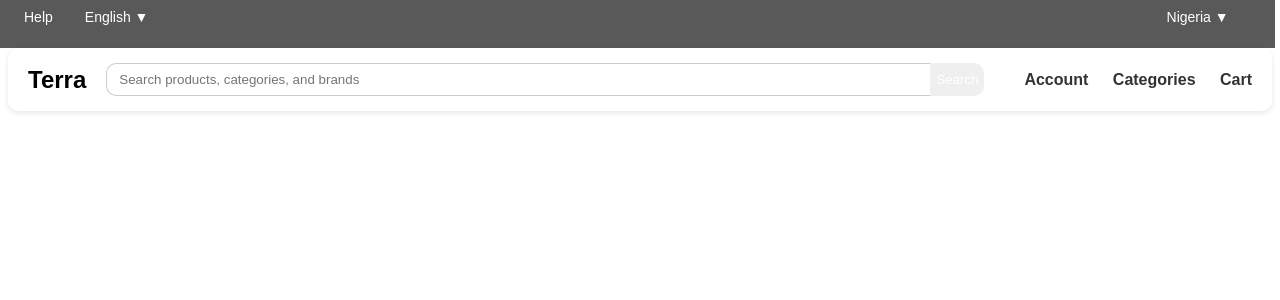
Repository: Femi007-gh/e-commerce
Page: index.html
An editor plug-in stored every save of this project. The page is shown before and after the next save, followed by the edit.
The browser window is 1280 px wide. The pictures show the whole page.

Above is the page before, as saved 2025-04-28 19:25:03.

### index.html
<html>
    <head>
      <title>Shopping Cart Page</title>
      <link rel="stylesheet" href="style.css">
    </head>
  <body>
    <header>
    <div class="div1">
<div class="top-bar">
  <div class="left">
    <div class="dropdown">
      <button class="dropbtn">Help</button>
    </div>
    <div class="dropdown">
      <button class="dropbtn">English ▼</button>
      <div class="dropdown-content">
        <a href="#">English</a>
        <a href="#">Japanese</a>
        <a href="#">Korean</a>
      </div>
    </div>
  </div>
  <div class="right">
    <div class="dropdown">
      <button class="dropbtn">Nigeria ▼</button>
      <div class="dropdown-content">
        <a href="#">Nigeria</a>
        <a href="#">USA</a>
        <a href="#">China</a>
        </div>
      </div>
     </div>
   </div>
  </div>


<nav class="nav-bar">
  <div class="logo">Terra</div>
  <div class="search-bar">
    <input type="text" placeholder="Search products, categories, and brands">
    <button>Search</button>
  </div>
  <div class="nav-icons">
    <a href="#">Account</a>
    <a href="#">Categories</a>
    <a href="#">Cart</a>
  </div>
</nav>
  </body>
</html>

### style.css
body{
  font-family: Arial;
}
.div1{
  background-color: #595959;
  width: 101%;
  height: 50px;
  margin-left: -10px;
  margin-top: -10px;
}
.top-bar {
  background-color:  #595959;
  color: white;
  padding: 10px 20px;
  display: flex;
  justify-content: space-between;
  font-size: 14px;
}

.top-bar .left, .top-bar .right {
  display: flex;
  align-items: center;
}

.dropdown {
  position: relative;
  margin-right: 20px;
}

.dropbtn {
  background: none;
  border: none;
  color: white;
  cursor: pointer;
  font-size: 14px;
}

.dropdown-content {
  display: none;
  position: absolute;
  background-color: white;
  color:  #595959;
  min-width: 100px;
  border-radius: 5px;
  box-shadow: 0px 8px 16px rgba(0,0,0,0.2);
  z-index: 1;
}

.dropdown-content a {
  padding: 8px 12px;
  display: block;
  text-decoration: none;
  color: black;
}

.dropdown-content a:hover {
  background-color: #f1f1f1;
}

.dropdown:hover .dropdown-content {
  display: block;
}

.nav-icons a {
  margin-left: 20px;
  text-decoration: none;
  color: #333;
  font-weight: 600;
}


/* Nav bar */
.nav-bar {
  display: flex;
  justify-content: space-between;
  align-items: center;
  background: white;
  padding: 15px 20px;
  margin-bottom: 20px;
  border-radius: 10px;
  box-shadow: 0 2px 5px rgba(0,0,0,0.1);
}

.nav-bar .logo {
  font-weight: 700;
  font-size: 24px;
}

.search-bar {
  flex: 1;
  margin: 0 20px;
  display: flex;
}

.search-bar input {
  flex: 1;
  padding: 8px 12px;
  border: 1px solid #ccc;
  border-right: none;
  border-radius: 10px 0 0 10px;
}

.search-bar button {
  padding:
  background-color: #04AA6D;
  color: white;
  border: none;
  border-radius: 0 10px 10px 0;
  cursor: pointer;
}

.nav-icons a {
  margin-left: 20px;
  text-decoration: none;
  color: #333;
}

After the next save:
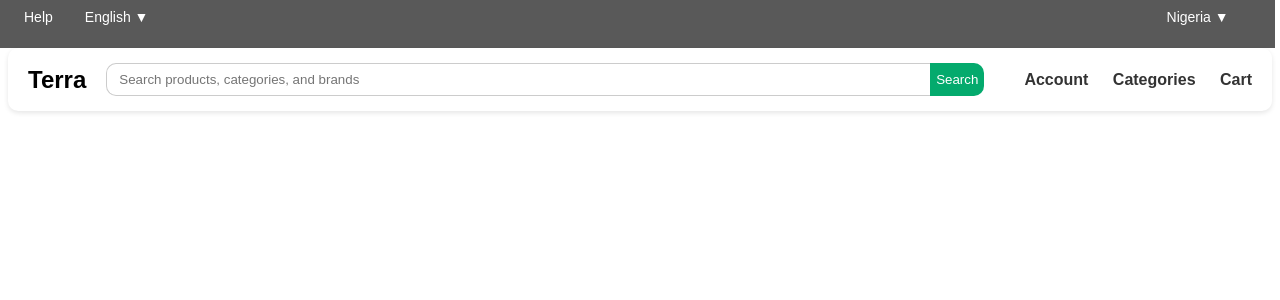
Saved 4 s later.
--- a/style.css
+++ b/style.css
@@ -101,7 +101,6 @@ body{
 }
 
 .search-bar button {
-  padding:
   background-color: #04AA6D;
   color: white;
   border: none;
